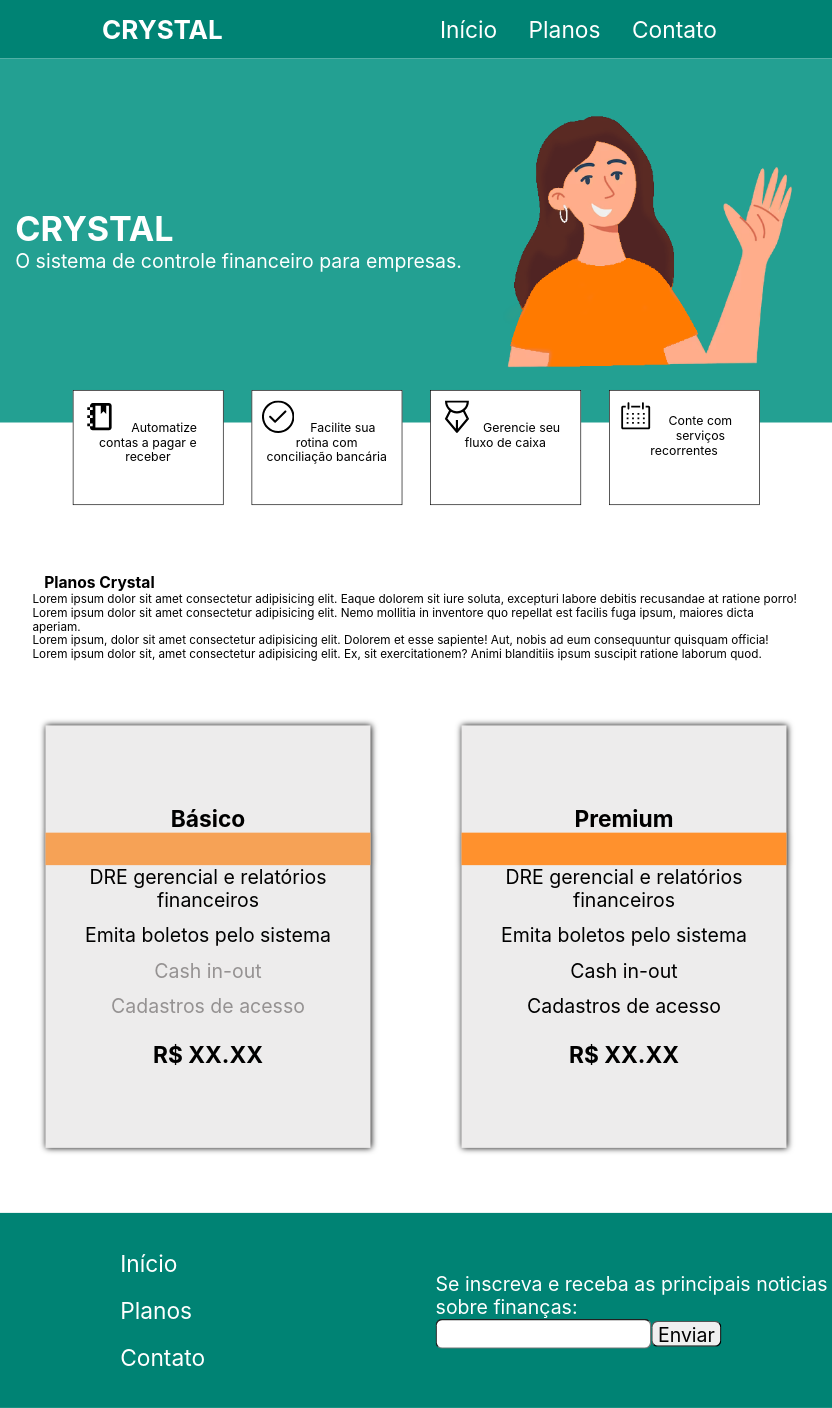
Repository: Matheus904-12/Crystallize
Page: index.html
The author's editor kept a copy of each file at every save. The page is drawn from the files as they stood at one save, then again after a run of saves.
The browser window is 1280 px wide. The pictures show the whole page, at 65% of full size.
Some web fonts or font styles are not loaded; a fallback is used.

Above is the page before, as saved 2023-07-24 20:39:17.

After the next 2 saves:
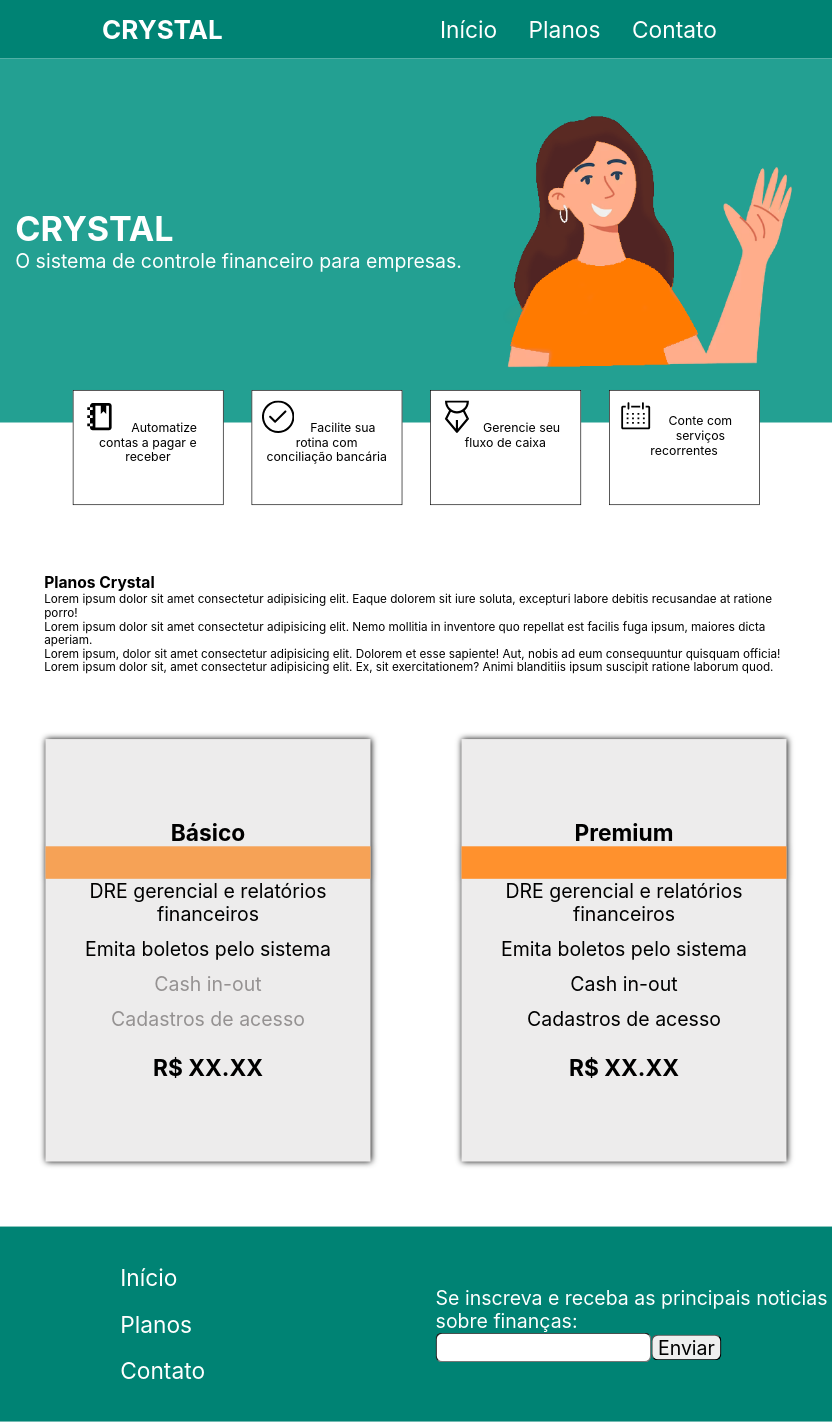
The 2 saves are shown as one change because they came seconds apart.
The last was saved 10 s later.
--- a/style.css
+++ b/style.css
@@ -112,7 +112,7 @@ html {
   }
 
   .planoTexto {
-    padding: 0px 50px 0px 50px;
+    padding: 0px 50px 0px 68px;
     font-size: 18px;
   }
 /* FIM PLANOS */
